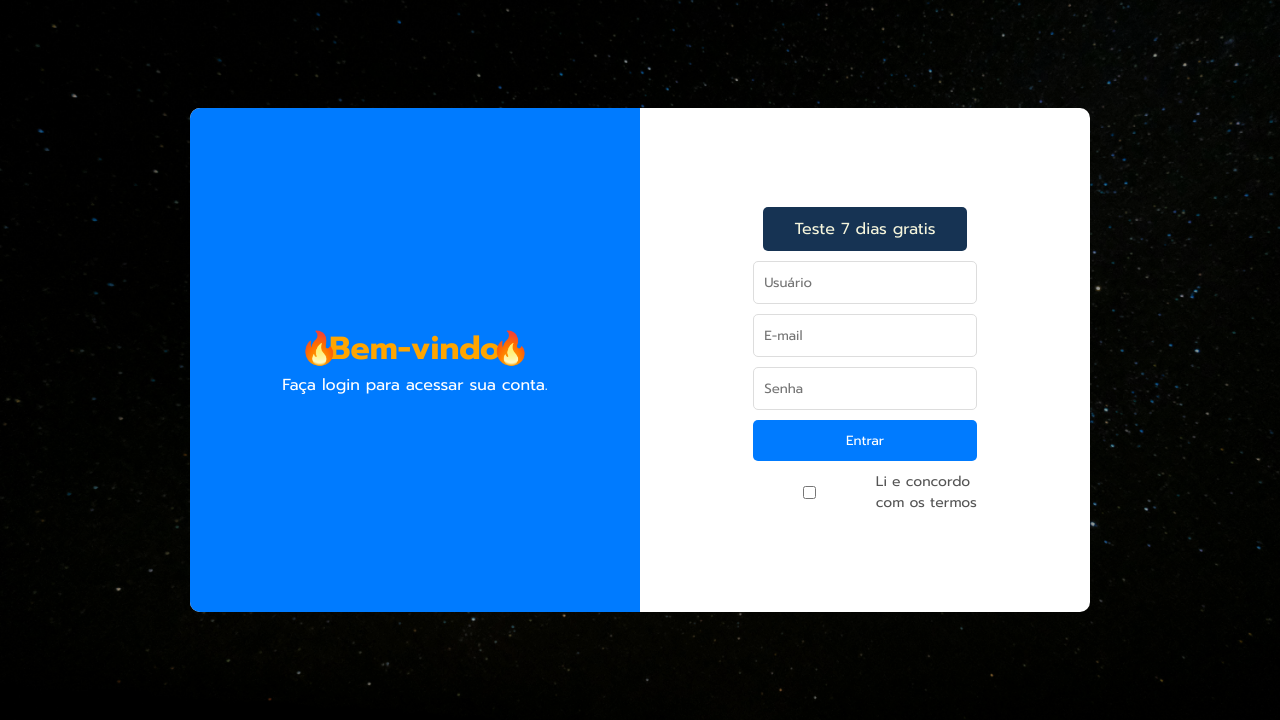
Repository: joao-paulo-paiva/tela-login
Page: index.html
The author's editor kept a copy of each file at every save. The page is drawn from the files as they stood at one save, then again after the next save.
The browser window is 1280 px wide. The pictures show the whole page.

Above is the page before, as saved 2025-04-16 11:30:34.

### index.html
<!DOCTYPE html>
<html lang="pt-br">
<head>
    <meta charset="UTF-8">
    <meta name="viewport" content="width=device-width, initial-scale=1.0">
    <title>Tela de Login</title>
    <link rel="stylesheet" href="style.css">
    <link rel="preconnect" href="https://fonts.googleapis.com">
    <link rel="preconnect" href="https://fonts.gstatic.com" crossorigin>
    <link href="https://fonts.googleapis.com/css2?family=DM+Sans:ital,opsz,wght@0,9..40,100..1000;1,9..40,100..1000&family=Montserrat:ital,wght@0,100..900;1,100..900&family=Prompt:ital,wght@0,100;0,200;0,300;0,400;0,500;0,600;0,700;0,800;0,900;1,100;1,200;1,300;1,400;1,500;1,600;1,700;1,800;1,900&display=swap" rel="stylesheet">
</head>
<body>
    <div class="container">
        <div class="esquerda">
            <h1>Bem-vindo</h1>
            <p class="">Faça login para acessar sua conta.</p>
        </div>
        <div class="direita">
            <a href="#" class="teste-gratis"><p>Teste 7 dias gratis</p></a>
            <form action="#" method="POST">
                <input type="text" placeholder="Usuário" required>
                <input type="email" placeholder="E-mail" required>
                <input type="password" placeholder="Senha" required>
                <button type="submit">Entrar</button>
                <div class="termos">
                    <input type="checkbox" id="termos" required>
                    <label for="termos">Li e concordo com os termos</label>
                </div>


            </form>

        </div>
    </div>
</body>
</html>

### style.css
* {
    margin: 0;
    padding: 0;
    box-sizing: border-box;
    font-family: "Prompt", sans-serif;
}

body {
    display: flex;
    justify-content: center;
    align-items: center;
    height: 100vh;
    background-image: url(./imagens/pexels-francesco-ungaro-998641.jpg);
    background-size: cover;
    background-position: center;
    background-repeat: no-repeat;
}
body::before {
    content: "";
    position: absolute;
    top: 0;
    left: 0;
    width: 100%;
    height: 100%;
    background-color: rgba(0, 0, 0, 0.4); /* Ajuste o último valor para mudar a opacidade */
    z-index: -1;
}

h1 {
    position: relative;
    color: orange;
}

h1::before {
    content: "🔥";
    position: absolute;
    left: -30px;
}

h1::after {
    content: "🔥";
    position: absolute;
    right: -30px;
}


.container {
    display: flex;
    height: 70%;
    width: 80%;
    max-width: 900px;
    background: white;
    border-radius: 10px;
    overflow: hidden;
}

.esquerda, .direita {
    width: 50%;
    padding: 40px;
}

.esquerda {
    background-color: #007bff;
    color: white;
    display: flex;
    flex-direction: column;
    justify-content: center;
    align-items: center;
}

.direita {
    display: flex;
    flex-direction: column;
    justify-content: center;
    align-items: center;
}

input {
    display: block;
    width: 100%;
    padding: 10px;
    margin: 10px 0;
    border: 1px solid #ddd;
    border-radius: 5px;
}
input:focus {
    outline: none;
    border-color: #007bff;
    box-shadow: 0 0 5px rgba(0, 123, 255, 0.5);
}

.teste-gratis {
    display: flex;
    justify-content: center; /* Centraliza horizontalmente */
    align-items: center; /* Centraliza verticalmente */
    width: 55%;
    padding: 10px;
    background-color: #163353;
    text-decoration: none;
    color: beige;
    border-radius: 5px;
    text-align: center; /* Garante que o texto esteja centralizado dentro do bloco */
}

button {
    width: 100%;
    padding: 10px;
    background-color: #007bff;
    color: white;
    border: none;
    border-radius: 5px;
    cursor: pointer;
}
.termos {
    display: flex;
    align-items: center;
    gap: 10px;
    margin-top: 10px;
}

.termos label {
    font-size: 14px;
    color: #555;
}

.termos input {
    accent-color: #007bff; /* Cor azul quando marcado */
}


.esquerda h1, .esquerda p {
    animation: moverTexto 1.5s ease-out forwards;
}

@keyframes moverTexto {
    0% {
        transform: translateX(-100%);
        opacity: 0;
    }
    100% {
        transform: translateX(0);
        opacity: 1;
    }
}

After the next save:
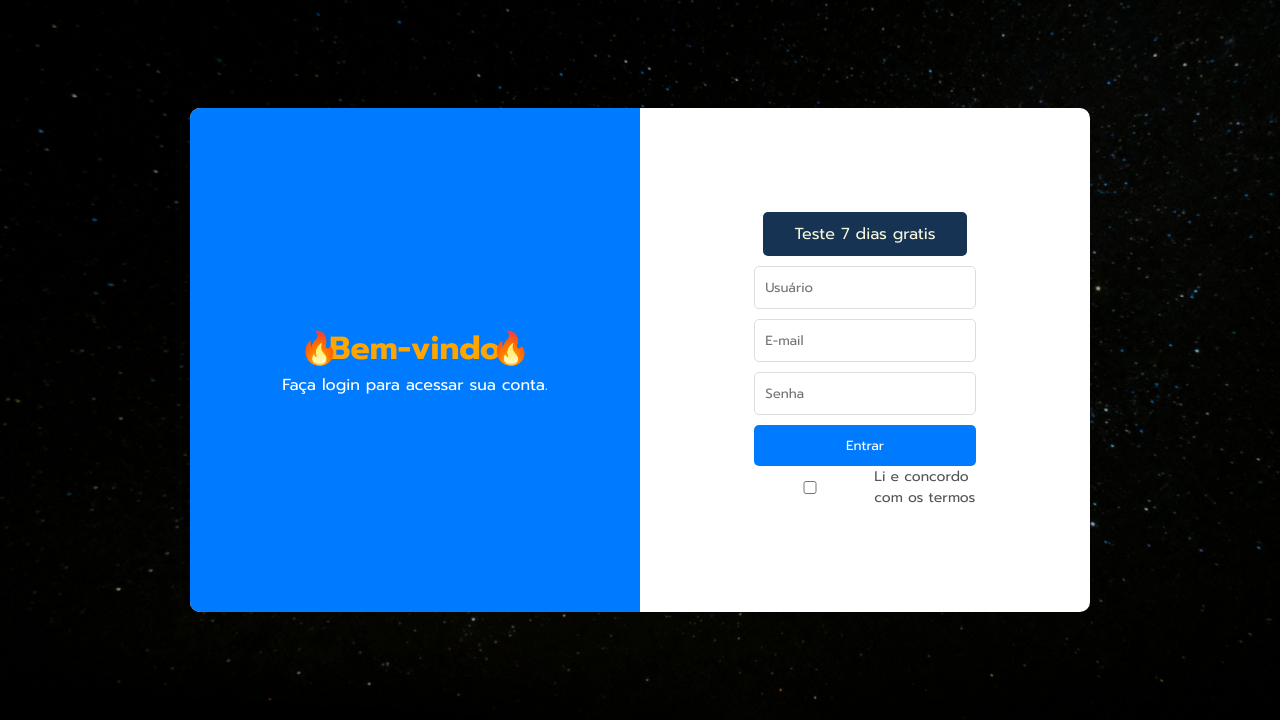
Saved 3 min 8 s later.
--- a/style.css
+++ b/style.css
@@ -113,10 +113,10 @@
 }
 .termos {
     display: flex;
-    align-items: center;
-    gap: 10px;
-    margin-top: 10px;
+    align-items: center; /* Garante alinhamento vertical */
+    gap: 8px; /* Espaço entre checkbox e texto */
 }
+
 
 .termos label {
     font-size: 14px;

After the save that followed:
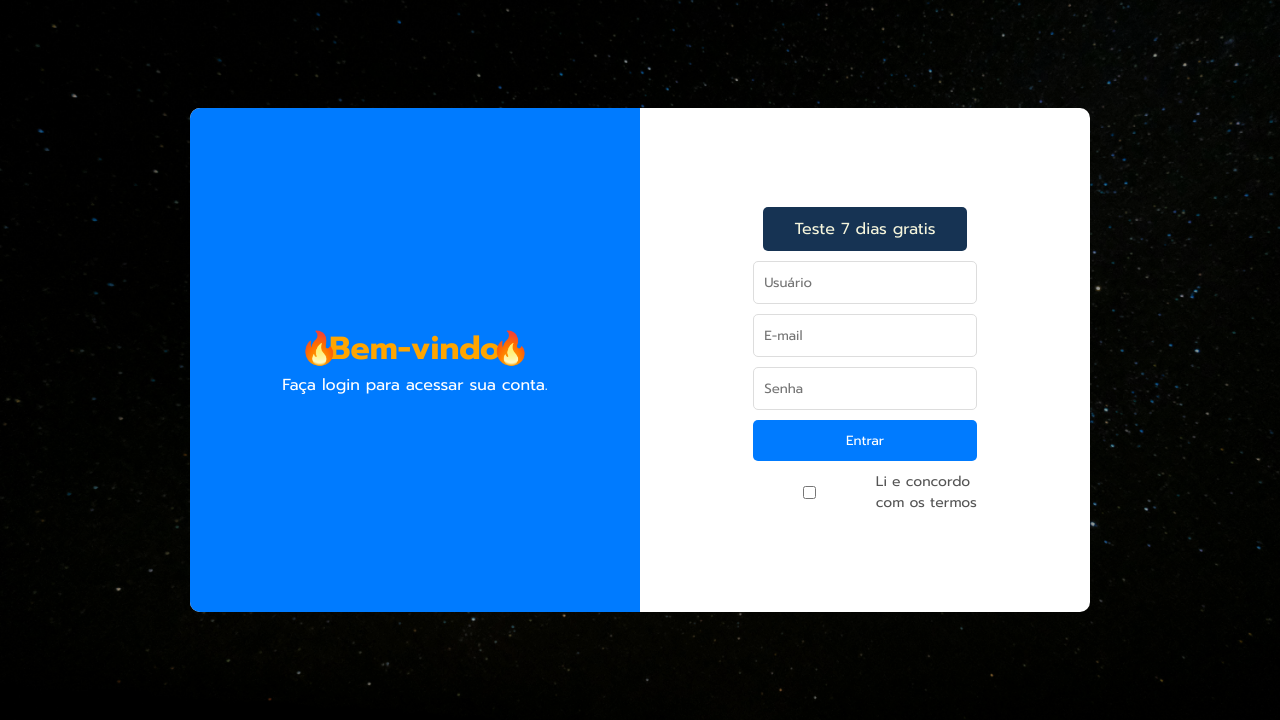
Saved 9 s later.
--- a/style.css
+++ b/style.css
@@ -113,10 +113,10 @@
 }
 .termos {
     display: flex;
-    align-items: center; /* Garante alinhamento vertical */
-    gap: 8px; /* Espaço entre checkbox e texto */
+    align-items: center;
+    gap: 10px;
+    margin-top: 10px;
 }
-
 
 .termos label {
     font-size: 14px;
